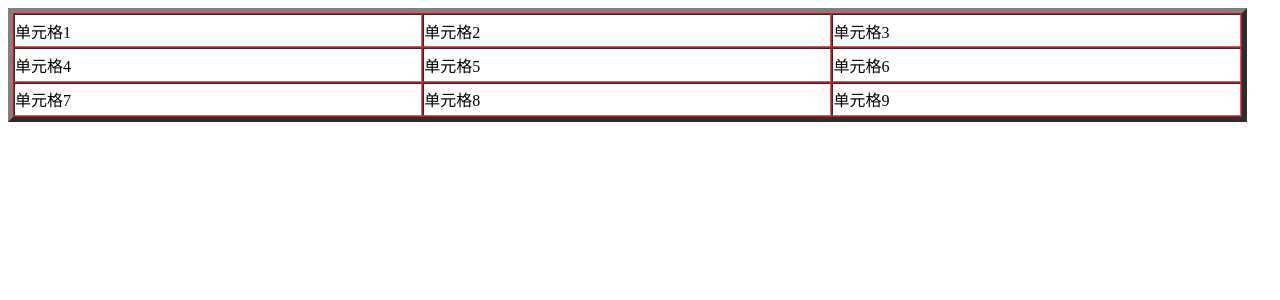
Repository: bookFireFly/bookFireFly
Page: HtmlAndCSS/鼠标经过单元格时提示P36.html
These files come from the project's save history. The page is drawn as it stood at one moment and after the next save; the edit follows.
The browser window is 1280 px wide. The pictures show the whole page.

Above is the page before, as saved 2017-10-18 07:07:29.

After the next save:
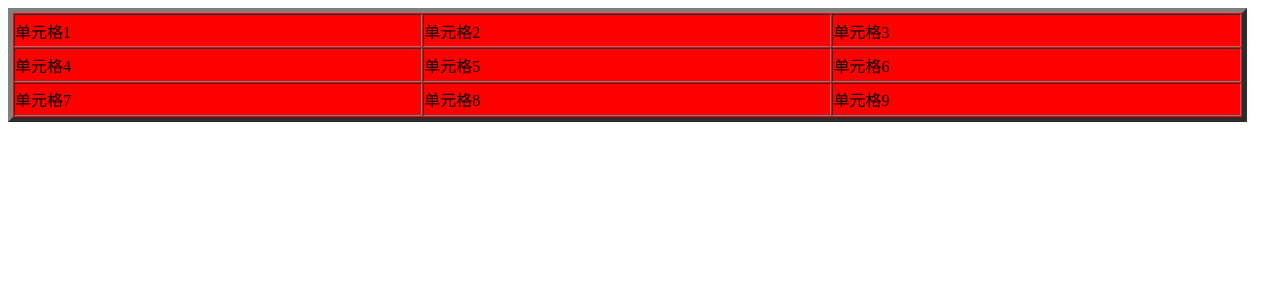
Saved 96 s later.
--- a/HtmlAndCSS/鼠标经过单元格时提示P36.html
+++ b/HtmlAndCSS/鼠标经过单元格时提示P36.html
@@ -7,19 +7,19 @@
 <body>
 <table width="98%" height="114" border="5" cellpadding="0" cellspacing="1" bgcolor="red">
   <tr>
-    <td bgcolor="#FFFFFF" title="单元格1">单元格1</td>
-    <td bgcolor="#FFFFFF" title="单元格2">单元格2</td>
-    <td bgcolor="#FFFFFF" title="单元格3">单元格3</td>
+    <td bgcolor="red" title="单元格1">单元格1</td>
+    <td bgcolor="red" title="单元格2">单元格2</td>
+    <td bgcolor="red" title="单元格3">单元格3</td>
   </tr>
   <tr>
-    <td bgcolor="#FFFFFF" title="单元格4">单元格4</td>
-    <td bgcolor="#FFFFFF" title="单元格5">单元格5</td>
-    <td bgcolor="#FFFFFF" title="单元格6">单元格6</td>
+    <td bgcolor="red" title="单元格4">单元格4</td>
+    <td bgcolor="red" title="单元格5">单元格5</td>
+    <td bgcolor="red" title="单元格6">单元格6</td>
   </tr>
   <tr>
-    <td bgcolor="#FFFFFF" title="单元格7">单元格7</td>
-    <td bgcolor="#FFFFFF" title="单元格8">单元格8</td>
-    <td bgcolor="#FFFFFF" title="单元格9">单元格9</td>
+    <td bgcolor="red" title="单元格7">单元格7</td>
+    <td bgcolor="red" title="单元格8">单元格8</td>
+    <td bgcolor="red" title="单元格9">单元格9</td>
   </tr>
 </table>
 </body>

After the save that followed:
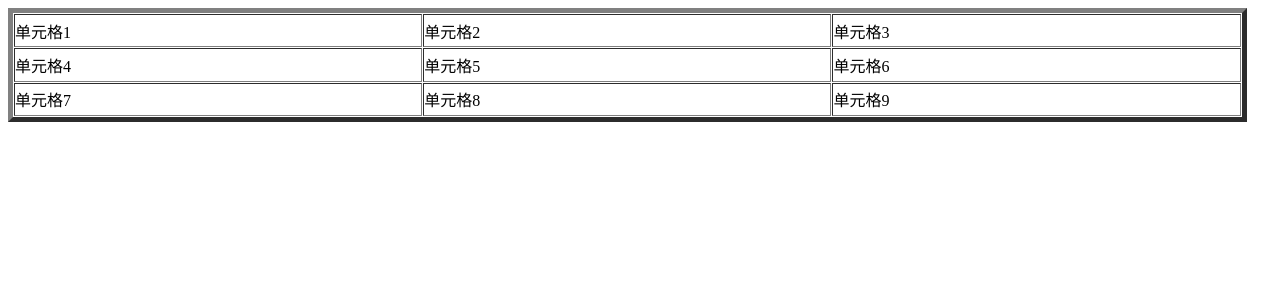
Saved 47 s later.
--- a/HtmlAndCSS/鼠标经过单元格时提示P36.html
+++ b/HtmlAndCSS/鼠标经过单元格时提示P36.html
@@ -5,21 +5,21 @@
 <title>鼠标经过单元格时提示P36.html</title>
 </head>
 <body>
-<table width="98%" height="114" border="5" cellpadding="0" cellspacing="1" bgcolor="red">
+<table width="98%" height="114" border="5" cellpadding="0" cellspacing="1" bgcolor="#FFFFFF">
   <tr>
-    <td bgcolor="red" title="单元格1">单元格1</td>
-    <td bgcolor="red" title="单元格2">单元格2</td>
-    <td bgcolor="red" title="单元格3">单元格3</td>
+    <td bgcolor="#FFFFFF" title="单元格1">单元格1</td>
+    <td bgcolor="#FFFFFF" title="单元格2">单元格2</td>
+    <td bgcolor="#FFFFFF" title="单元格3">单元格3</td>
   </tr>
   <tr>
-    <td bgcolor="red" title="单元格4">单元格4</td>
-    <td bgcolor="red" title="单元格5">单元格5</td>
-    <td bgcolor="red" title="单元格6">单元格6</td>
+    <td bgcolor="#FFFFFF" title="单元格4">单元格4</td>
+    <td bgcolor="#FFFFFF" title="单元格5">单元格5</td>
+    <td bgcolor="#FFFFFF" title="单元格6">单元格6</td>
   </tr>
   <tr>
-    <td bgcolor="red" title="单元格7">单元格7</td>
-    <td bgcolor="red" title="单元格8">单元格8</td>
-    <td bgcolor="red" title="单元格9">单元格9</td>
+    <td bgcolor="#FFFFFF" title="单元格7">单元格7</td>
+    <td bgcolor="#FFFFFF" title="单元格8">单元格8</td>
+    <td bgcolor="#FFFFFF" title="单元格9">单元格9</td>
   </tr>
 </table>
 </body>
